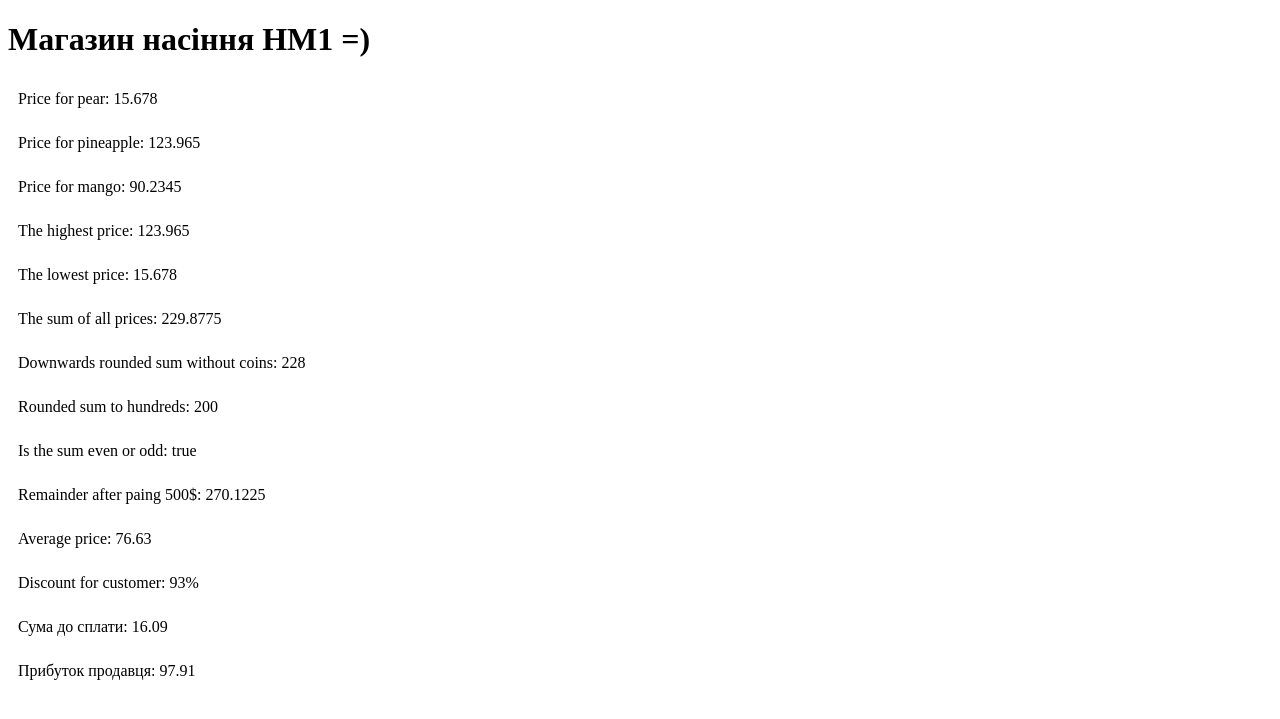
Repository: mariiastetsko/cursor-js-hw
Page: HW1/index.html
An editor plug-in stored every save of this project. The page is shown before and after the next save, followed by the edit.
The browser window is 1280 px wide. The pictures show the whole page.

Above is the page before, as saved 2020-07-22 22:42:06.

After the next save:
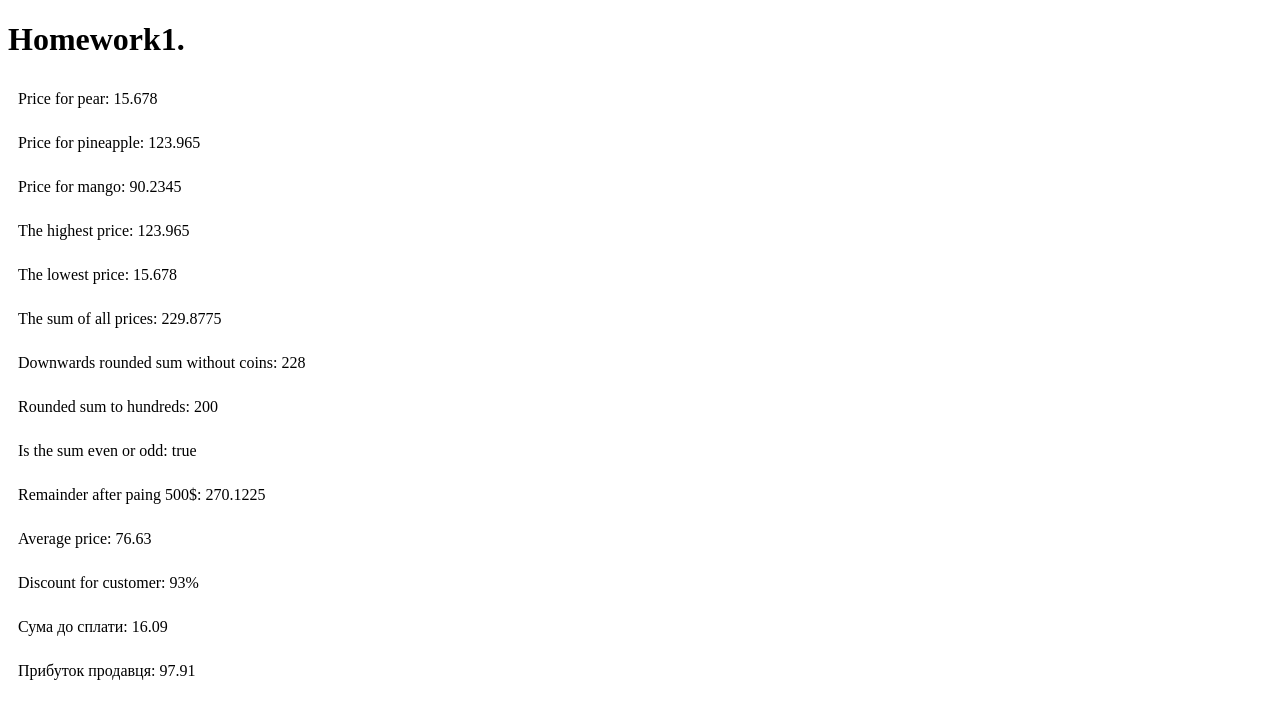
Saved 5 min 39 s later.
--- a/HW1/index.html
+++ b/HW1/index.html
@@ -12,7 +12,7 @@
   </head>
   <body>
     <div>
-      <h1>Магазин насіння HM1 =)</h1>
+      <h1>Homework1. </h1>
       <span id="barvaToHtml"></span>
     </div>
     <script type="text/javascript" src="./script.js"></script>
